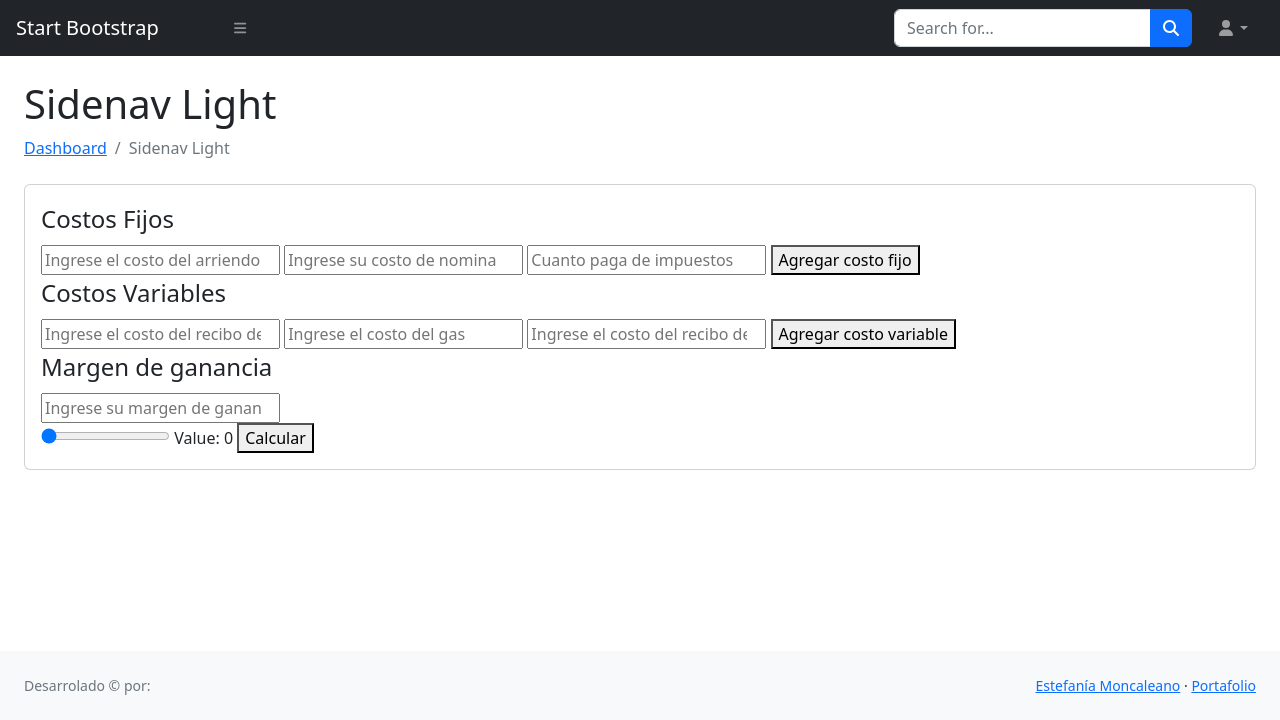
Repository: EstefaMH/Dashboard
Page: costs.html
An editor plug-in stored every save of this project. The page is shown before and after a run of saves, followed by the edit.
The browser window is 1280 px wide. The pictures show the whole page.
Some web libraries are served in a nearby version.

Above is the page before, as saved 2023-12-25 22:06:55.
Console error: SyntaxError: Identifier 'FooterComponent' has already been declared

### costs.html
<!DOCTYPE html>
<html lang="en">

<head>
    <meta charset="utf-8" />
    <meta http-equiv="X-UA-Compatible" content="IE=edge" />
    <meta name="viewport" content="width=device-width, initial-scale=1, shrink-to-fit=no" />
    <meta name="description" content="" />
    <meta name="author" content="" />
    <title>Sidenav Light - SB Admin</title>
    <link href="styles/styles.css" rel="stylesheet" />
    <script src="https://use.fontawesome.com/releases/v6.3.0/js/all.js" crossorigin="anonymous"></script>
</head>

<body class="sb-nav-fixed">
    <navbar-component></navbar-component>
    <div id="layoutSidenav">
        <div id="layoutSidenav_nav">
            <sidebar-component></sidebar-component>
        </div>
        <div id="layoutSidenav_content">
            <main>
                <div class="container-fluid px-4">
                    <h1 class="mt-4">Sidenav Light</h1>
                    <ol class="breadcrumb mb-4">
                        <li class="breadcrumb-item"><a href="index.html">Dashboard</a></li>
                        <li class="breadcrumb-item active">Sidenav Light</li>
                    </ol>
                    <div class="card mb-4">
                        <div class="card-body">
                            <form name="form_costs" class="form_costs" id="form_costs" onsubmit="submitFormCosts()">
                                <fieldset id="fixed_costs_container" class="costs_fieldset">
                                    <legend>Costos Fijos</legend>
                                    <input required min="0" name="arriendo" type="number"
                                        placeholder="Ingrese el costo del arriendo" />
                                    <input required min="0" name="nomina" type="number"
                                        placeholder="Ingrese su costo de nomina" />
                                    <input required min="0" name="impuestos" type="number"
                                        placeholder="Cuanto paga de impuestos" />
                                    <button onclick="addCost('fixed_costs_container')" id="add_fixed_cost">Agregar costo
                                        fijo</button>
                                </fieldset>

                                <fieldset id="variable_costs_container" class="costs_fieldset">
                                    <legend>Costos Variables</legend>
                                    <input required min="0" name="agua" type="number"
                                        placeholder="Ingrese el costo del recibo del agua" />
                                    <input required min="0" name="gas" type="number"
                                        placeholder="Ingrese el costo del gas" />
                                    <input required min="0" name="luz" type="number"
                                        placeholder="Ingrese el costo del recibo de la luz" />
                                    <button onclick="addCost('variable_costs_container')" id="add_variable_cost">Agregar
                                        costo variable</button>
                                </fieldset>

                                <fieldset id="" class="costs_fieldset">
                                    <legend>Margen de ganancia</legend>
                                    <input required min="0" name="agua" type="number"
                                        placeholder="Ingrese su margen de ganancia" />
                                </fieldset>

                                <input id="range" type="range" value="0" step="1" min="0" max="10000"
                                    onchange="getRange()" />
                                <label>Value: <span id="value_range">0</span></label>



                                <button type="submit" class="btn_form_costs">Calcular</button>
                            </form>
                        </div>
                    </div>
                </div>
            </main>
            <footer-component></footer-component>
        </div>
    </div>
    <script src="https://cdn.jsdelivr.net/npm/bootstrap@5.2.3/dist/js/bootstrap.bundle.min.js"
        crossorigin="anonymous"></script>
    <script src="js/scripts.js"></script>
    <script src="components/NavBar.js"></script>
    <script src="components/Footer.js"></script>
    <script src="components/Footer.js"></script>
</body>

</html>

### js/scripts.js
/*!
    * Start Bootstrap - SB Admin v7.0.7 (https://startbootstrap.com/template/sb-admin)
    * Copyright 2013-2023 Start Bootstrap
    * Licensed under MIT (https://github.com/StartBootstrap/startbootstrap-sb-admin/blob/master/LICENSE)
    */
    //
// Scripts
//

window.addEventListener('DOMContentLoaded', event => {

    // Toggle the side navigation
    const sidebarToggle = document.body.querySelector('#sidebarToggle');
    if (sidebarToggle) {
        // Uncomment Below to persist sidebar toggle between refreshes
        // if (localStorage.getItem('sb|sidebar-toggle') === 'true') {
        //     document.body.classList.toggle('sb-sidenav-toggled');
        // }
        sidebarToggle.addEventListener('click', event => {
            event.preventDefault();
            document.body.classList.toggle('sb-sidenav-toggled');
            localStorage.setItem('sb|sidebar-toggle', document.body.classList.contains('sb-sidenav-toggled'));
        });
    }

});

### components/NavBar.js
class NavBarComponent extends HTMLElement {

    constructor() {
        super();
        this.render();
    }

    render() {
        this.innerHTML =
            `
            <nav class="sb-topnav navbar navbar-expand navbar-dark bg-dark">
            <!-- Navbar Brand-->
            <a class="navbar-brand ps-3" href="index.html">Start Bootstrap</a>
            <!-- Sidebar Toggle-->
            <button class="btn btn-link btn-sm order-1 order-lg-0 me-4 me-lg-0" id="sidebarToggle" href="#!"><i class="fas fa-bars"></i></button>
            <!-- Navbar Search-->
            <form class="d-none d-md-inline-block form-inline ms-auto me-0 me-md-3 my-2 my-md-0">
                <div class="input-group">
                    <input class="form-control" type="text" placeholder="Search for..." aria-label="Search for..." aria-describedby="btnNavbarSearch" />
                    <button class="btn btn-primary" id="btnNavbarSearch" type="button"><i class="fas fa-search"></i></button>
                </div>
            </form>
            <!-- Navbar-->
            <ul class="navbar-nav ms-auto ms-md-0 me-3 me-lg-4">
                <li class="nav-item dropdown">
                    <a class="nav-link dropdown-toggle" id="navbarDropdown" href="#" role="button" data-bs-toggle="dropdown" aria-expanded="false"><i class="fas fa-user fa-fw"></i></a>
                    <ul class="dropdown-menu dropdown-menu-end" aria-labelledby="navbarDropdown">
                        <li><a class="dropdown-item" href="#!">Settings</a></li>
                        <li><a class="dropdown-item" href="#!">Activity Log</a></li>
                        <li><hr class="dropdown-divider" /></li>
                        <li><button class="dropdown-item" id="btn-logout">Cerrar Sesión</button></li>
                    </ul>
                </li>
            </ul>
        </nav>


        `
    }
}

customElements.define("navbar-component", NavBarComponent);

### components/Footer.js
class FooterComponent extends HTMLElement {

    constructor() {
        super();
        this.render();
    }

    render() {
        this.innerHTML =
            `
            <footer class="py-4 bg-light mt-auto">
                <div class="container-fluid px-4">
                    <div class="d-flex align-items-center justify-content-between small">
                        <div class="text-muted">Desarrolado &copy; por: </div>
                        <div>
                            <a href="https://www.linkedin.com/in/estefan%C3%ADa-moncaleano">Estefanía Moncaleano</a>
                            &middot;
                            <a href="https://portafolio-react-og8w6l76g-estefamh.vercel.app/skills">Portafolio </a>
                        </div>
                    </div>
                </div>
            </footer>
                `
    }
}

customElements.define("footer-component", FooterComponent);

### components/SideBar.js
class SideBarComponent extends HTMLElement {

    constructor() {
        super();
        this.render();
    }

    render() {
        this.innerHTML =
            `
        <div id="layoutSidenav_nav">
        <nav class="sb-sidenav accordion sb-sidenav-dark" id="sidenavAccordion">
            <div class="sb-sidenav-menu">
                <div class="nav">
                    <div class="sb-sidenav-menu-heading">Core</div>
                    <a class="nav-link" href="index.html">
                        <div class="sb-nav-link-icon"><i class="fas fa-tachometer-alt"></i></div>
                        Dashboard
                    </a>
                    <div class="sb-sidenav-menu-heading">Interface</div>
                    <a class="nav-link collapsed" href="#" data-bs-toggle="collapse" data-bs-target="#collapseLayouts" aria-expanded="false" aria-controls="collapseLayouts">
                        <div class="sb-nav-link-icon"><i class="fas fa-columns"></i></div>
                        Layouts
                        <div class="sb-sidenav-collapse-arrow"><i class="fas fa-angle-down"></i></div>
                    </a>
                    <div class="collapse" id="collapseLayouts" aria-labelledby="headingOne" data-bs-parent="#sidenavAccordion">
                        <nav class="sb-sidenav-menu-nested nav">
                            <a class="nav-link" href="layout-static.html">Static Navigation</a>
                            <a class="nav-link" href="layout-sidenav-light.html">Light Sidenav</a>
                        </nav>
                    </div>
                    <a class="nav-link collapsed" href="#" data-bs-toggle="collapse" data-bs-target="#collapsePages" aria-expanded="false" aria-controls="collapsePages">
                        <div class="sb-nav-link-icon"><i class="fas fa-book-open"></i></div>
                        Pages
                        <div class="sb-sidenav-collapse-arrow"><i class="fas fa-angle-down"></i></div>
                    </a>
                    <div class="collapse" id="collapsePages" aria-labelledby="headingTwo" data-bs-parent="#sidenavAccordion">
                        <nav class="sb-sidenav-menu-nested nav accordion" id="sidenavAccordionPages">
                            <a class="nav-link collapsed" href="#" data-bs-toggle="collapse" data-bs-target="#pagesCollapseAuth" aria-expanded="false" aria-controls="pagesCollapseAuth">
                                Authentication
                                <div class="sb-sidenav-collapse-arrow"><i class="fas fa-angle-down"></i></div>
                            </a>
                            <div class="collapse" id="pagesCollapseAuth" aria-labelledby="headingOne" data-bs-parent="#sidenavAccordionPages">
                                <nav class="sb-sidenav-menu-nested nav">
                                    <a class="nav-link" href="login.html">Login</a>
                                    <a class="nav-link" href="register.html">Register</a>
                                    <a class="nav-link" href="password.html">Forgot Password</a>
                                </nav>
                            </div>
                            <a class="nav-link collapsed" href="#" data-bs-toggle="collapse" data-bs-target="#pagesCollapseError" aria-expanded="false" aria-controls="pagesCollapseError">
                                Error
                                <div class="sb-sidenav-collapse-arrow"><i class="fas fa-angle-down"></i></div>
                            </a>
                            <div class="collapse" id="pagesCollapseError" aria-labelledby="headingOne" data-bs-parent="#sidenavAccordionPages">
                                <nav class="sb-sidenav-menu-nested nav">
                                    <a class="nav-link" href="401.html">401 Page</a>
                                    <a class="nav-link" href="404.html">404 Page</a>
                                    <a class="nav-link" href="500.html">500 Page</a>
                                </nav>
                            </div>
                        </nav>
                    </div>
                    <div class="sb-sidenav-menu-heading">Addons</div>
                    <a class="nav-link" href="charts.html">
                        <div class="sb-nav-link-icon"><i class="fas fa-chart-area"></i></div>
                        Charts
                    </a>
                    <a class="nav-link" href="tables.html">
                        <div class="sb-nav-link-icon"><i class="fas fa-table"></i></div>
                        Tables
                    </a>
                </div>
            </div>
            <div class="sb-sidenav-footer">
                <div class="small">Logged in as:</div>
                Start Bootstrap
            </div>
        </nav>
    </div>


        `
    }
}

customElements.define("sidebar-component", SideBarComponent);

Loaded but not shown: styles/styles.css (library)

After the next 2 saves:
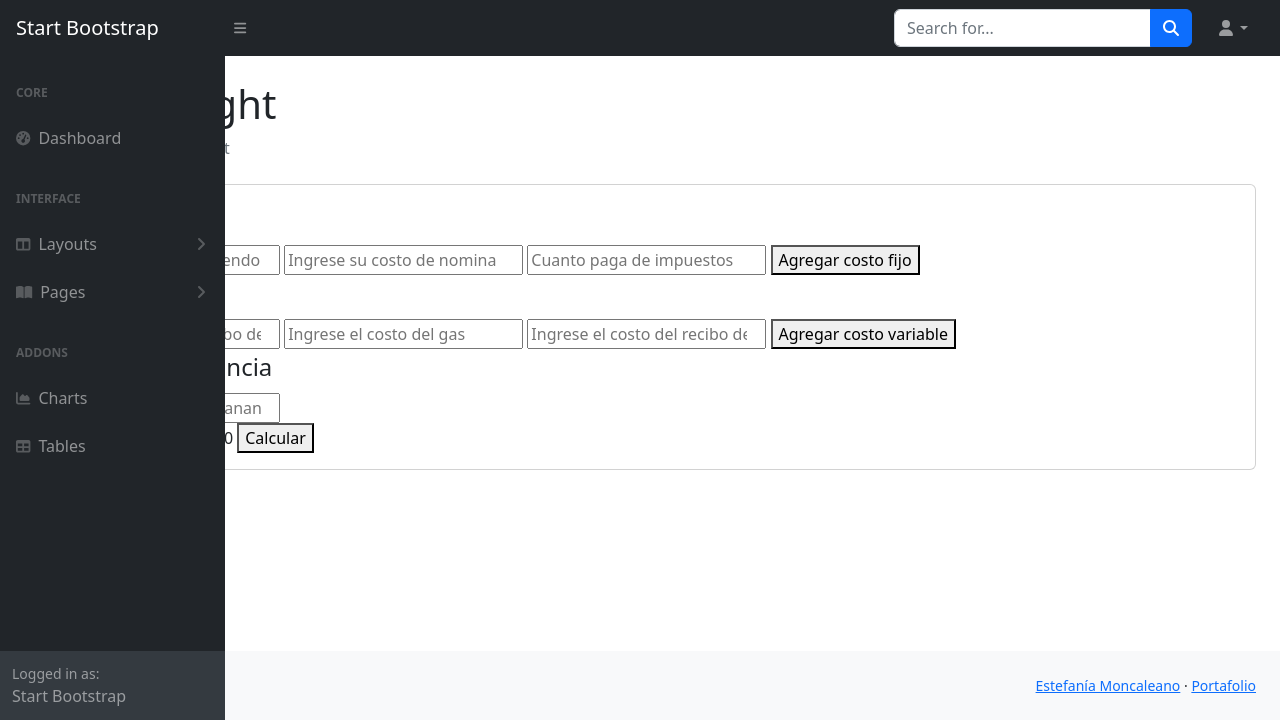
The error is gone.
The 2 saves are shown as one change because they came seconds apart.
The last was saved 6 s later.
--- a/costs.html
+++ b/costs.html
@@ -79,7 +79,7 @@
     <script src="js/scripts.js"></script>
     <script src="components/NavBar.js"></script>
     <script src="components/Footer.js"></script>
-    <script src="components/Footer.js"></script>
+    <script src="components/SideBar.js"></script>
 </body>
 
 </html>
